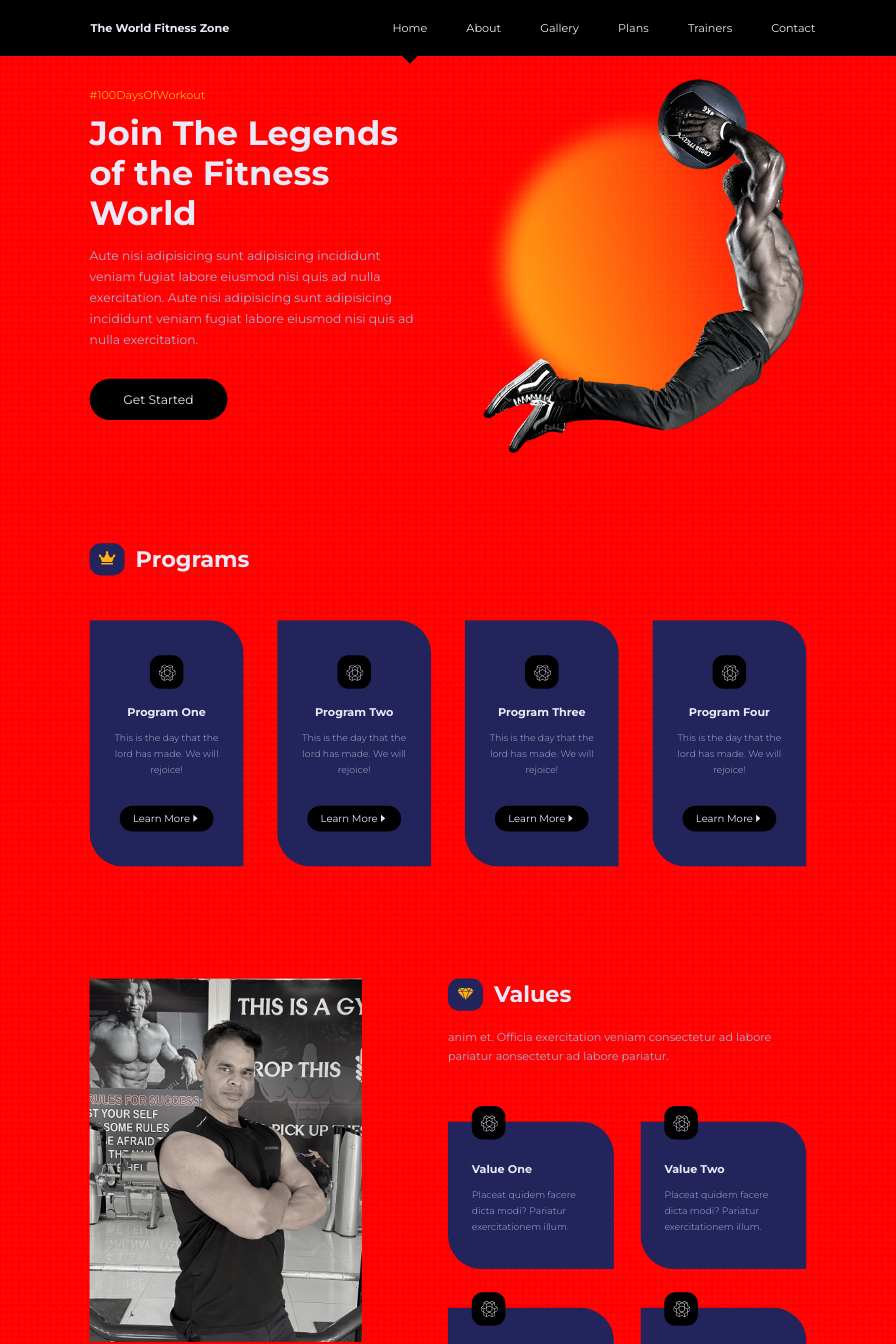
Repository: aryaMode/gym-portfolio
Page: /
An editor plug-in stored every save of this project. The page is shown before and after the next save, followed by the edit.
The browser window is 1280 px wide. The pictures show the part of the page from y = 0 to 1920 px (the page is 3946 px tall), at 70% of full size.
The project was rebuilt for these pictures with package versions that can differ from the ones it lists, and the page was loaded fresh each time. Also part of the build but not shown: src/pages/about/about.css, src/components/Header.jsx, src/pages/about/About.jsx, src/pages/contact/contact.css, src/pages/contact/Contact.jsx, src/pages/gallery/gallery.css, src/pages/gallery/Gallery.jsx, src/pages/notFound/notFound.css and 6 more.

Above is the page before, as saved 2023-07-20 16:45:07.

After the next save:
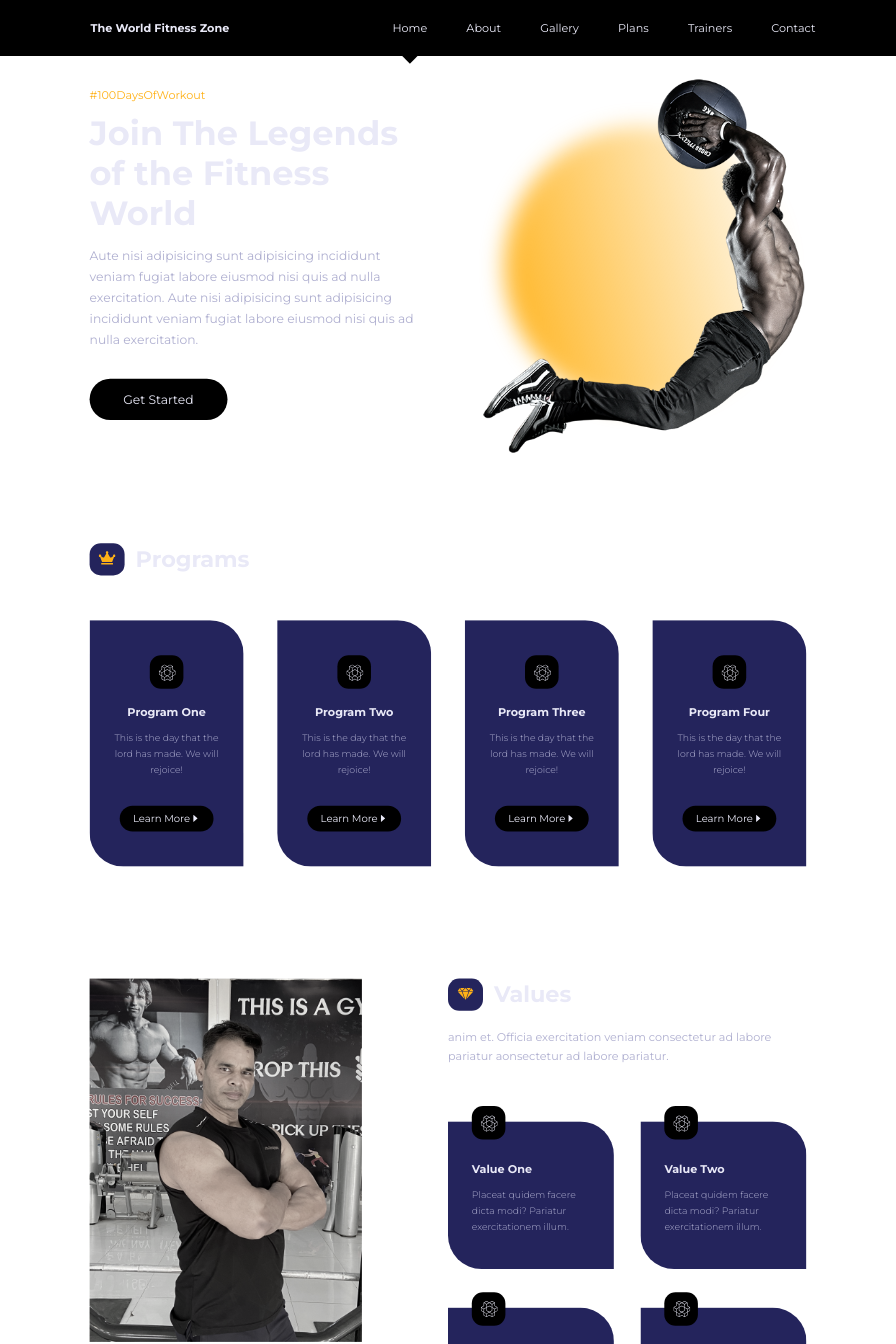
Saved 6 s later.
--- a/src/index.css
+++ b/src/index.css
@@ -35,7 +35,7 @@
     color: var(--color-gray-200);
     line-height: 1.7;
     overflow-x: hidden;
-    background: red url(./images/bg_texture.png);
+    background: white url(./images/bg_texture.png);
   }
 
   .container{
